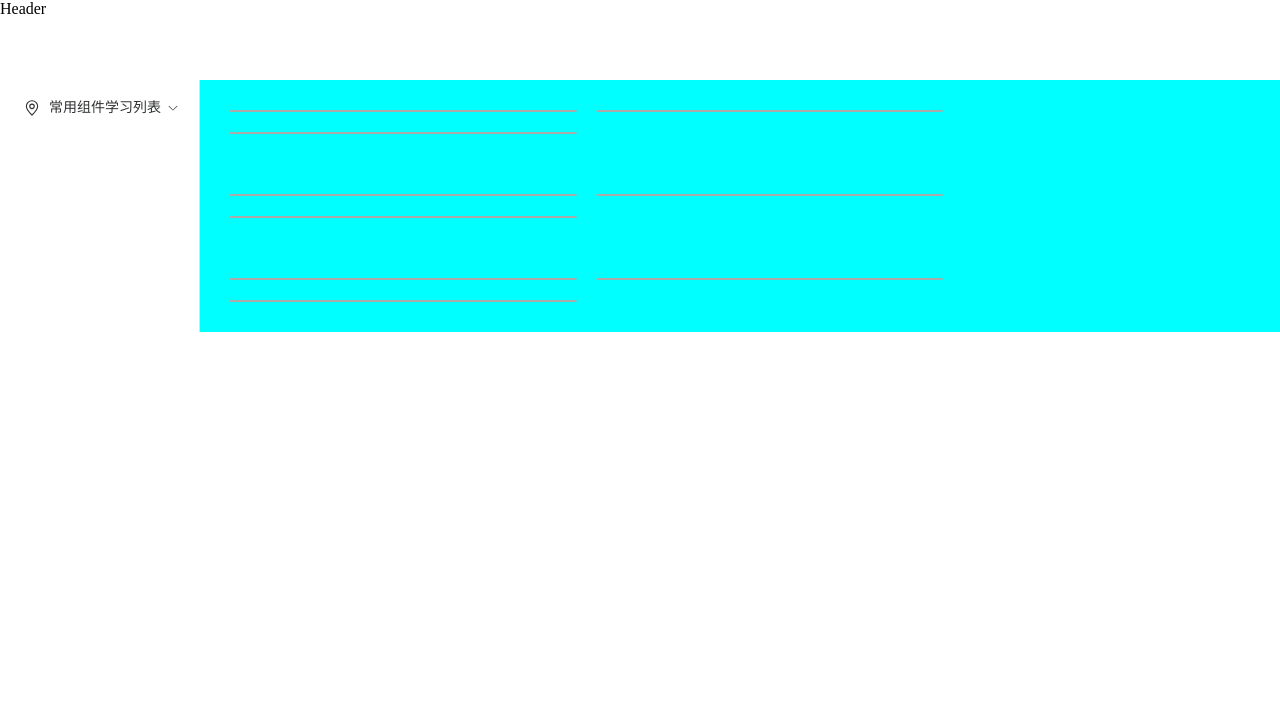
Repository: 553559555/vue3-project
Page: /#/index (app in vue3-app/)
An editor plug-in stored every save of this project. The page is shown before and after the next save, followed by the edit.
The browser window is 1280 px wide. The pictures show the whole page.
The project was rebuilt for these pictures with package versions that can differ from the ones it lists, and the page was loaded fresh each time. Also part of the build but not shown: vue3-app/vite.config.ts.

Above is the page before, as saved 2025-03-24 10:54:56.

After the next save:
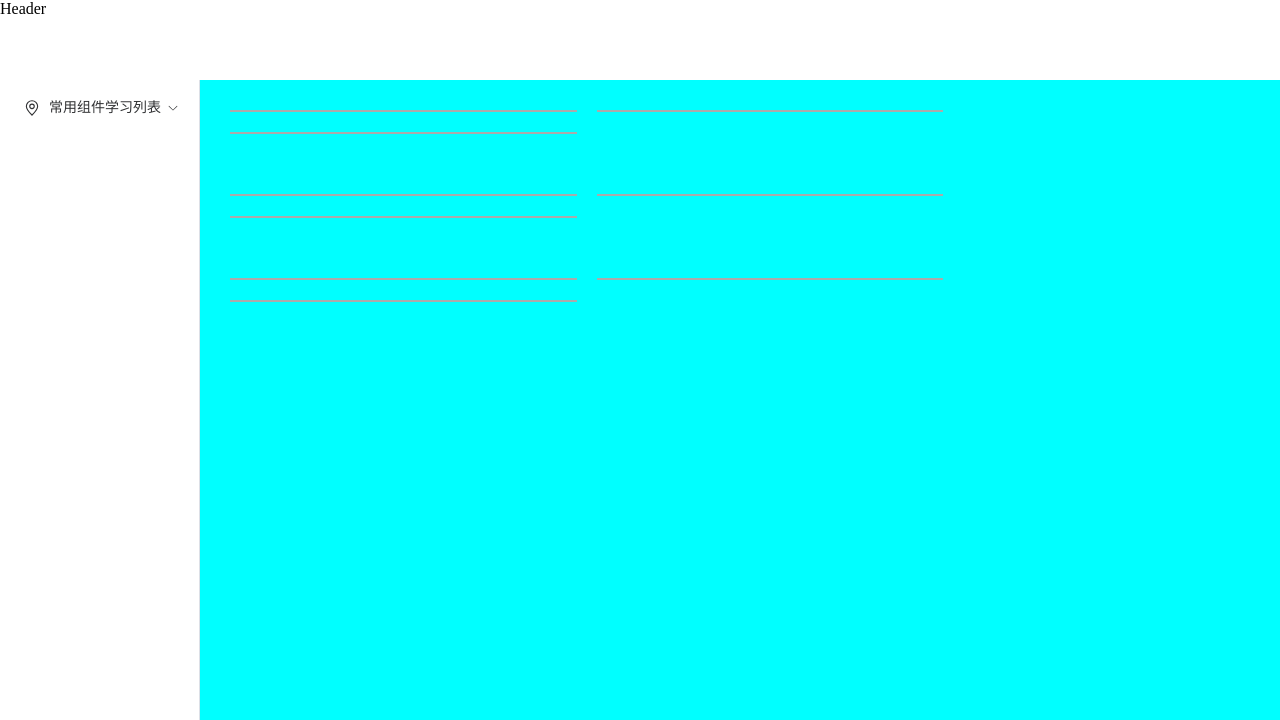
Saved 20 s later.
--- a/vue3-app/src/views/index.vue
+++ b/vue3-app/src/views/index.vue
@@ -35,7 +35,7 @@ div {
 
 
     .el-container {
-        flex: 1;
+        height: calc(100vh - 80px);
     }
 
     .el-main {
